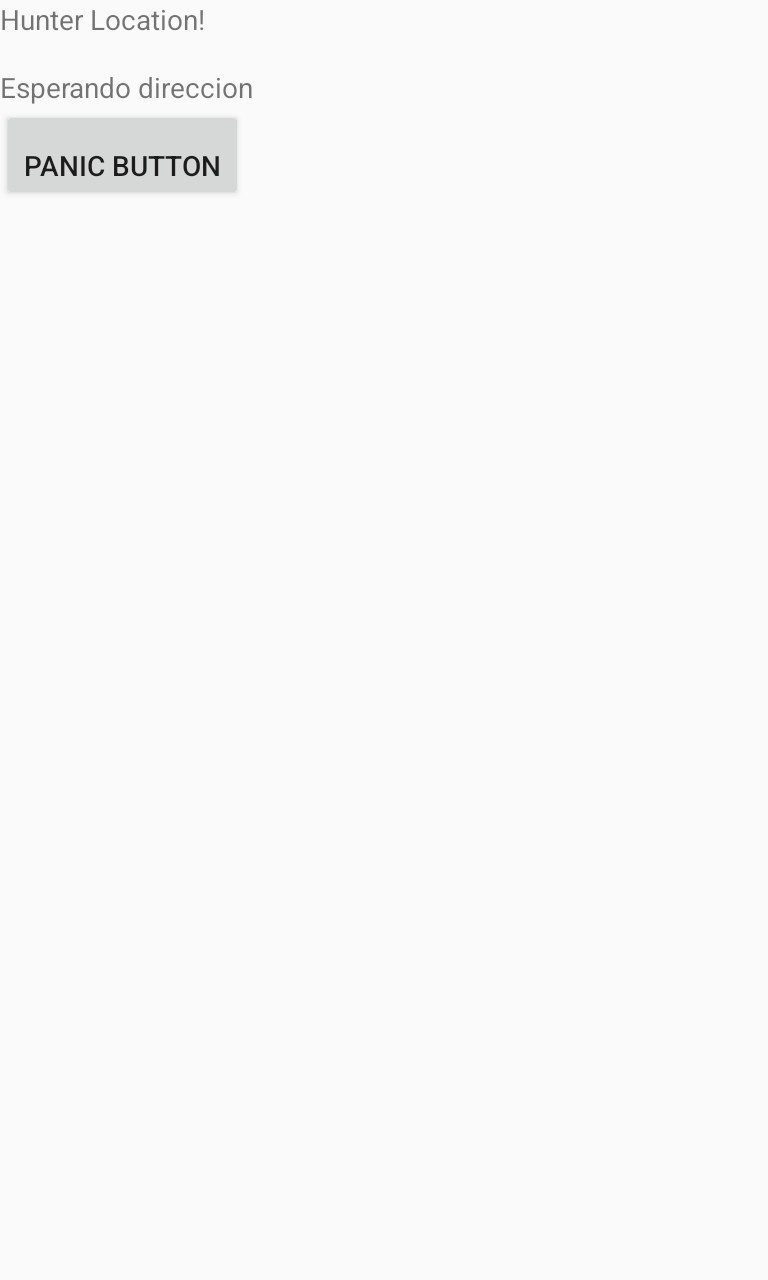
Repository: aludena18/android_apps
Layout: AlarmServiceLocation/res/layout/activity_main.xml
An editor plug-in stored every save of this project. The layout is shown before and after the next save, followed by the edit.
It is drawn on a 768 x 1280 px phone screen (xhdpi) without system bars, with theme AppTheme; the app's code is not run.

Above is the layout before, as saved 2015-07-16 21:33:57.

### AlarmServiceLocation/res/layout/activity_main.xml
<LinearLayout xmlns:android="http://schemas.android.com/apk/res/android"
    xmlns:tools="http://schemas.android.com/tools"
    android:layout_width="match_parent"
    android:layout_height="match_parent"
    android:orientation="vertical"
    tools:context="com.alg.alarmservicelocation.MainActivity" >

    <TextView
        android:layout_width="wrap_content"
        android:layout_height="wrap_content"
        android:text="@string/hello_world" />

    <LinearLayout
        android:layout_width="wrap_content"
        android:layout_height="wrap_content"
        android:orientation="horizontal" >
        <TextView
            android:id="@+id/txvDireccion"
            android:layout_marginTop="15dp"
            android:layout_width="wrap_content"
            android:layout_height="wrap_content"
            android:text="@string/etqTxvDireccion" />


    </LinearLayout>

    <Button
        android:id="@+id/btnPanic"
        android:paddingTop="20dp"
        android:layout_width="wrap_content"
        android:layout_height="wrap_content"
        android:text="@string/etqBtnPanic" />

</LinearLayout>

### AlarmServiceLocation/res/values/strings.xml
<?xml version="1.0" encoding="utf-8"?>
<resources>

    <string name="app_name">Alarm Service Location</string>
    <string name="hello_world">Hunter Location!</string>
    <string name="action_settings">Settings</string>

    <string name="etqBtnPanic">Panic Button</string>
    <string name="etqTxvDireccion">Esperando direccion</string>

</resources>

Loaded but not shown: AlarmServiceLocation/res/values/styles.xml (common file); AlarmServiceLocation/res/values-v11/styles.xml (common file); AlarmServiceLocation/res/values-v14/styles.xml (common file)

After the next save:
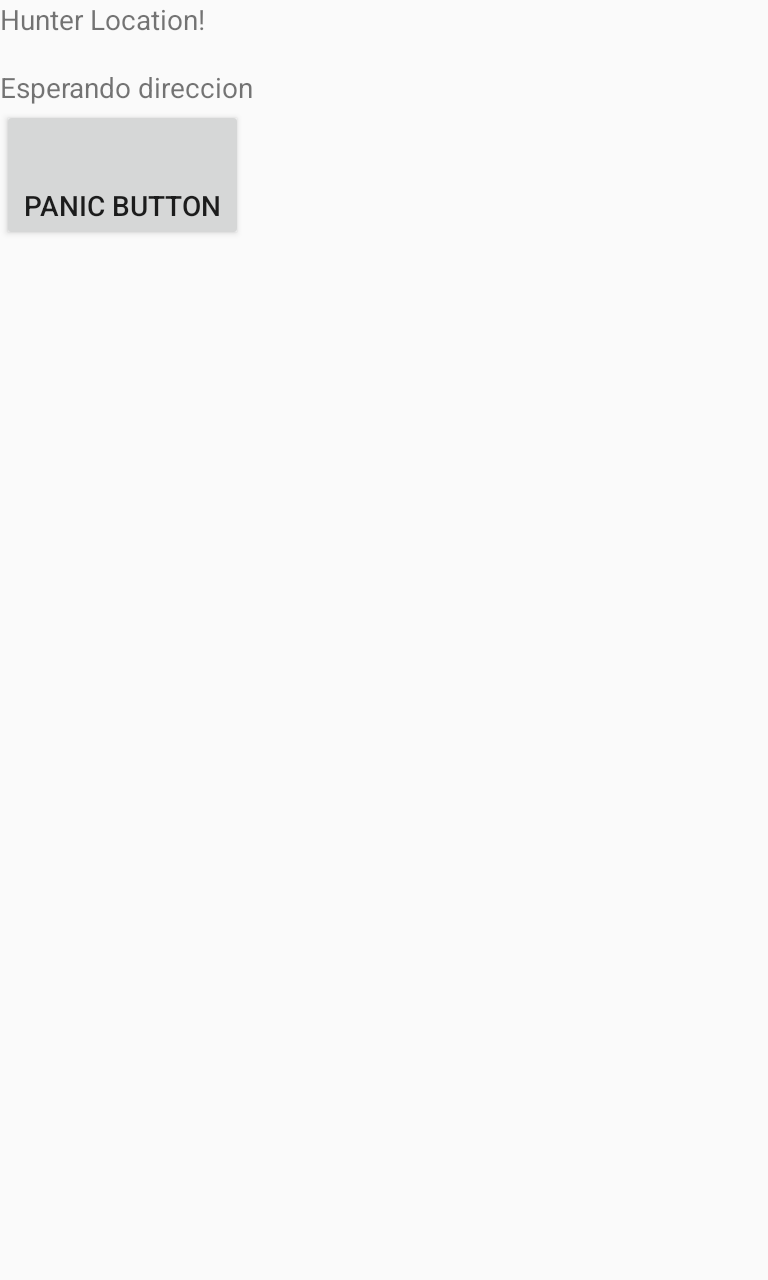
Saved 15 s later.
--- a/AlarmServiceLocation/res/layout/activity_main.xml
+++ b/AlarmServiceLocation/res/layout/activity_main.xml
@@ -26,7 +26,7 @@
 
     <Button
         android:id="@+id/btnPanic"
-        android:paddingTop="20dp"
+        android:paddingTop="40dp"
         android:layout_width="wrap_content"
         android:layout_height="wrap_content"
         android:text="@string/etqBtnPanic" />
